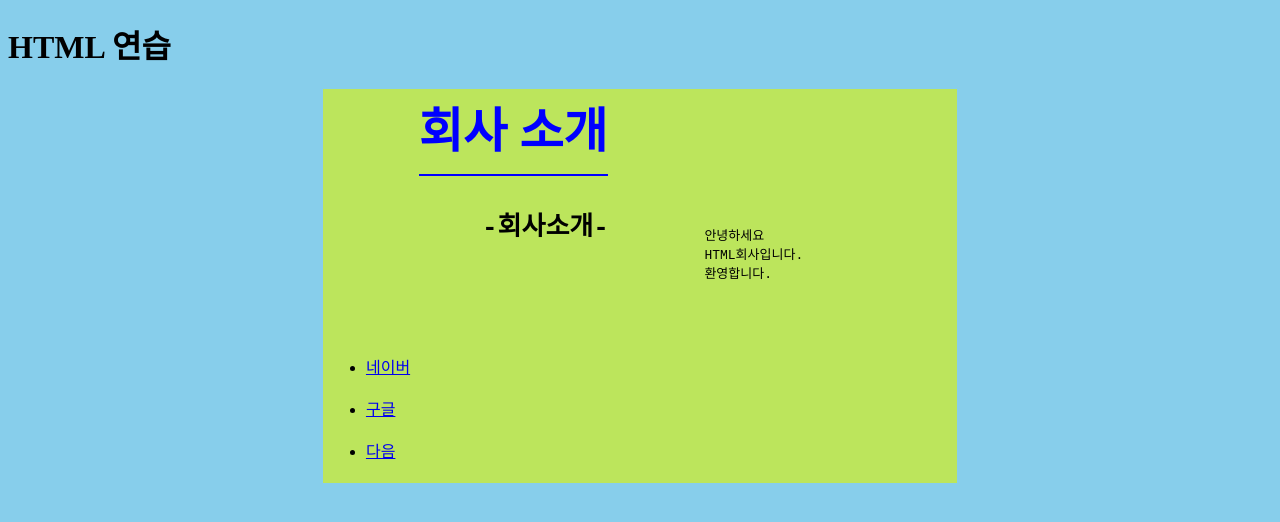
Repository: leeseungho1994/test09
Page: html/NewFile.html
An editor plug-in stored every save of this project. The page is shown before and after the next save, followed by the edit.
The browser window is 1280 px wide. The pictures show the whole page.

Above is the page before, as saved 2020-10-29 09:17:00.

After the next save:
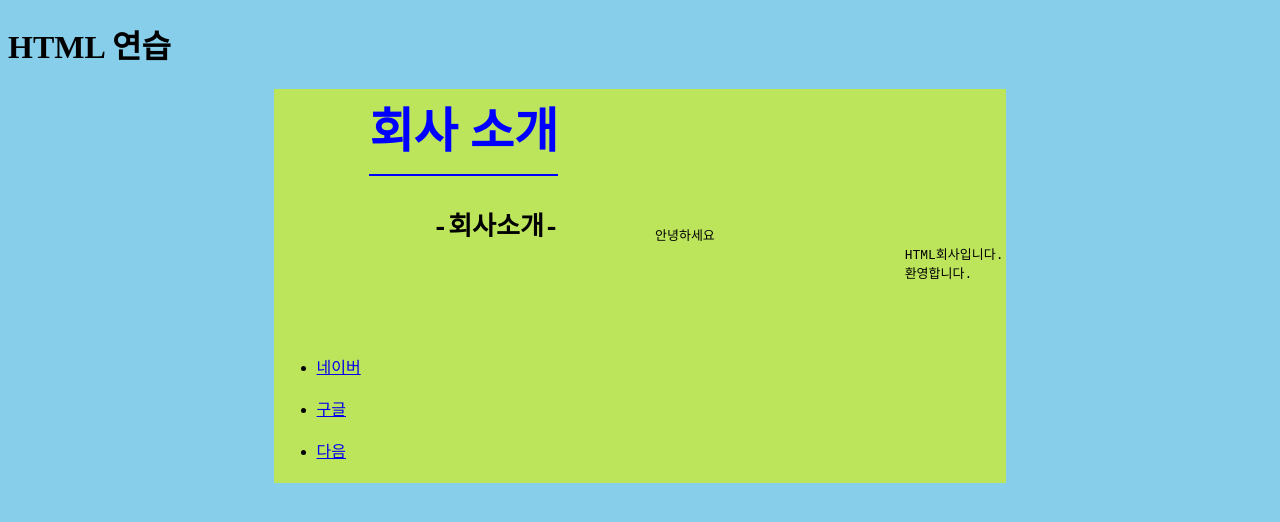
Saved 17 s later.
--- a/html/NewFile.html
+++ b/html/NewFile.html
@@ -19,10 +19,9 @@
 			</h2>
 				</pre></td>
 				<td>
-				<pre>
-안녕하세요
-HTML회사입니다.
-환영합니다.
+				<pre>안녕하세요
+				HTML회사입니다.
+				환영합니다.
 				</pre>
 				</td>
 		</tr>
